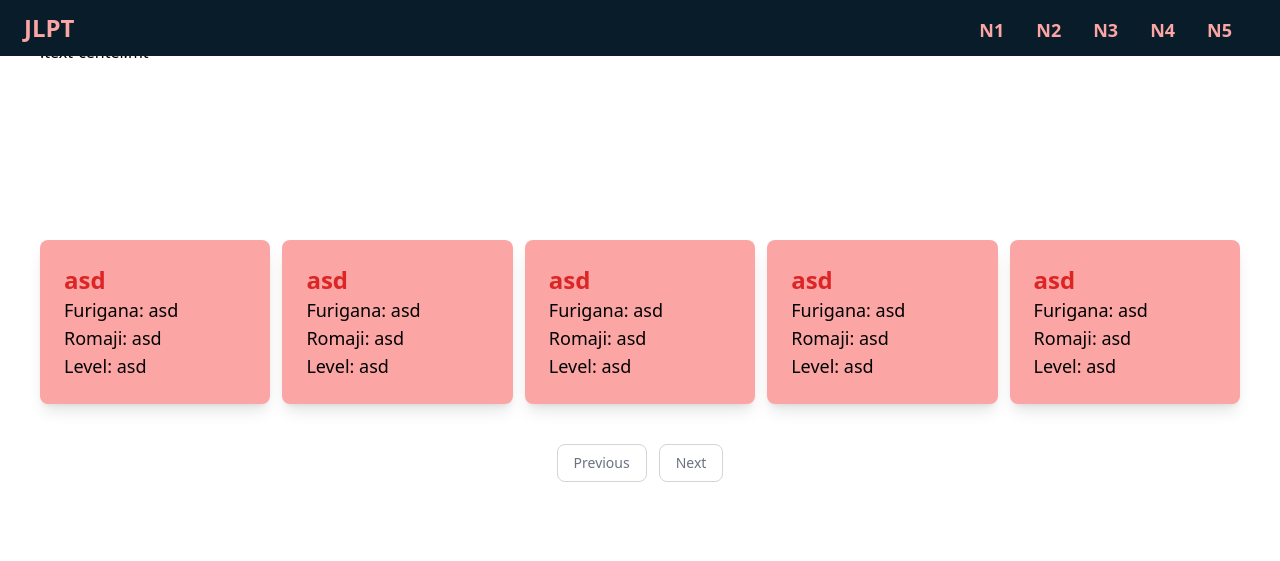
Repository: Penglee25/JLPT-vocabulary
Page: /n1
An editor plug-in stored every save of this project. The page is shown before and after a run of saves, followed by the edit.
The browser window is 1280 px wide. The pictures show the whole page.
The project was rebuilt for these pictures with package versions that can differ from the ones it lists, and the page was loaded fresh each time. The framework's server and built-in components were replaced by stand-ins that run in the browser. Also part of the build but not shown: next.config.js, src/styles/main.css.

Above is the page before, as saved 2023-03-17 13:41:29.

After the next 2 saves:
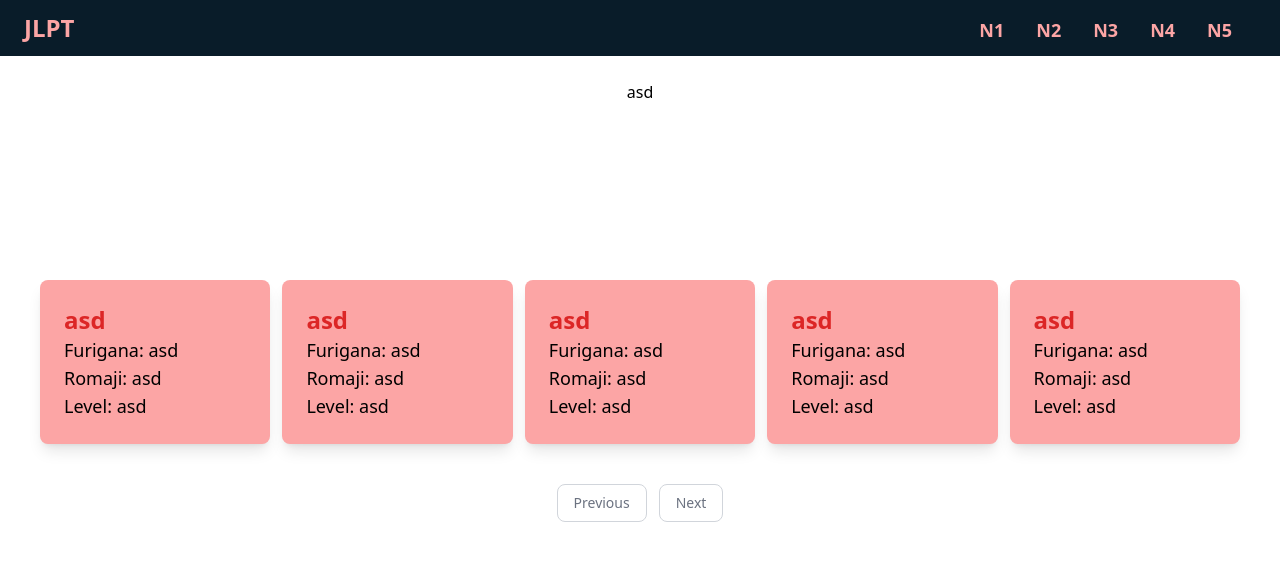
The 2 saves are shown as one change because they came seconds apart.
The last was saved 7 s later.
--- a/src/pages/n1.tsx
+++ b/src/pages/n1.tsx
@@ -7,7 +7,9 @@ export default function n1() {
             <Navbar />
             <div className="container p-10">
 
-                .text-center.mt-
+                <div className="text-center mt-10">
+                    <h1>asd</h1>
+                </div>
 
 
                 <div className=" mt-44 grid md:grid-cols-5 gap-3 grid-cols-3">
